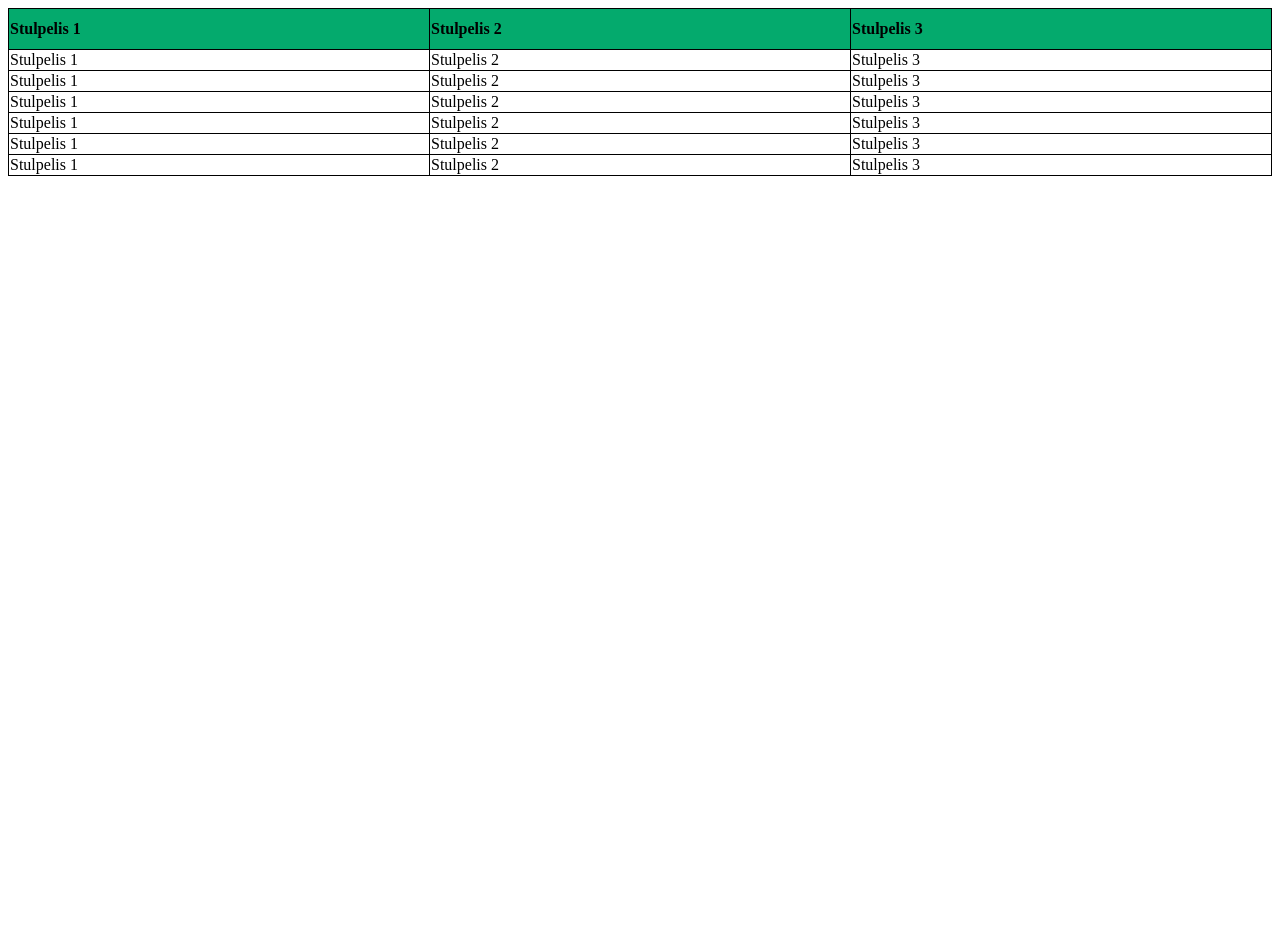
Repository: motiejus1/10-paskaita-05.31
Page: index.html
An editor plug-in stored every save of this project. The page is shown before and after the next save, followed by the edit.
The browser window is 1280 px wide. The pictures show the part of the page from y = 0 to 952 px (the page is 3184 px tall before and 3304 px after).
Backgrounds fixed to the window are drawn as part of the page.

Above is the page before, as saved 2021-06-16 19:56:15.

After the next save:
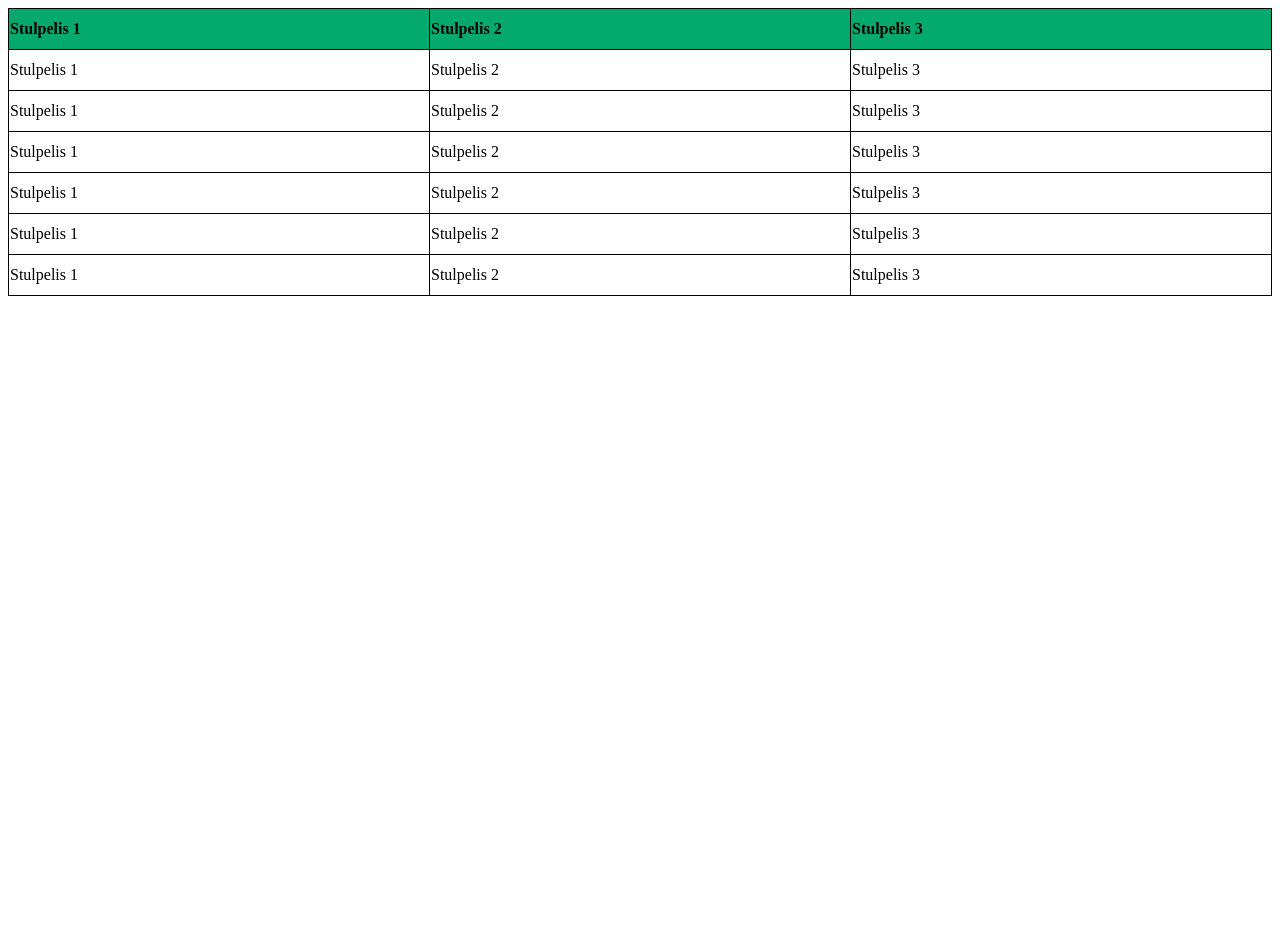
Saved 5 s later.
--- a/index.html
+++ b/index.html
@@ -71,7 +71,8 @@
         }
 
         td {
-            padd
+            padding-top: 11px;
+            padding-bottom: 11px;
         }
     </style>
 </head>
